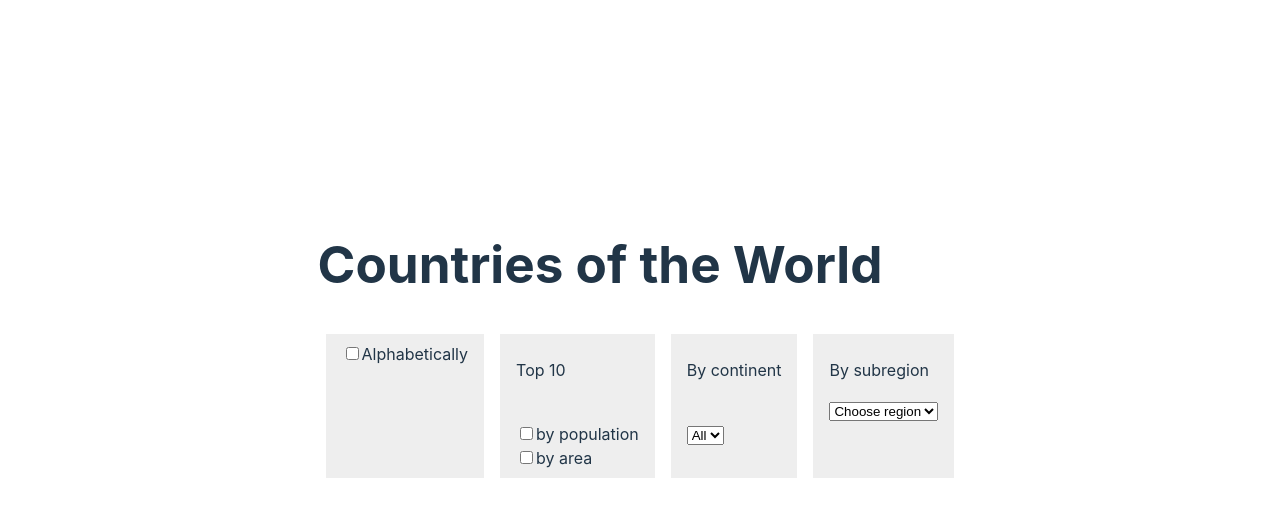
Repository: Vanessahyc/COMP3170_Lab06
Page: /
The author's editor kept a copy of each file at every save. The page is drawn from the files as they stood at one save, then again after the next save.
The browser window is 1280 px wide. The pictures show the whole page.
The page's requests for data from a server got no answer. The project was rebuilt for these pictures with package versions that can differ from the ones it lists, and the page was loaded fresh each time. No one was signed in, and anything a server would have sent is missing. Also part of the build but not shown: vite.config.js, src/components/Country.jsx.

Above is the page before, as saved 2024-11-14 16:36:03.

After the next save:
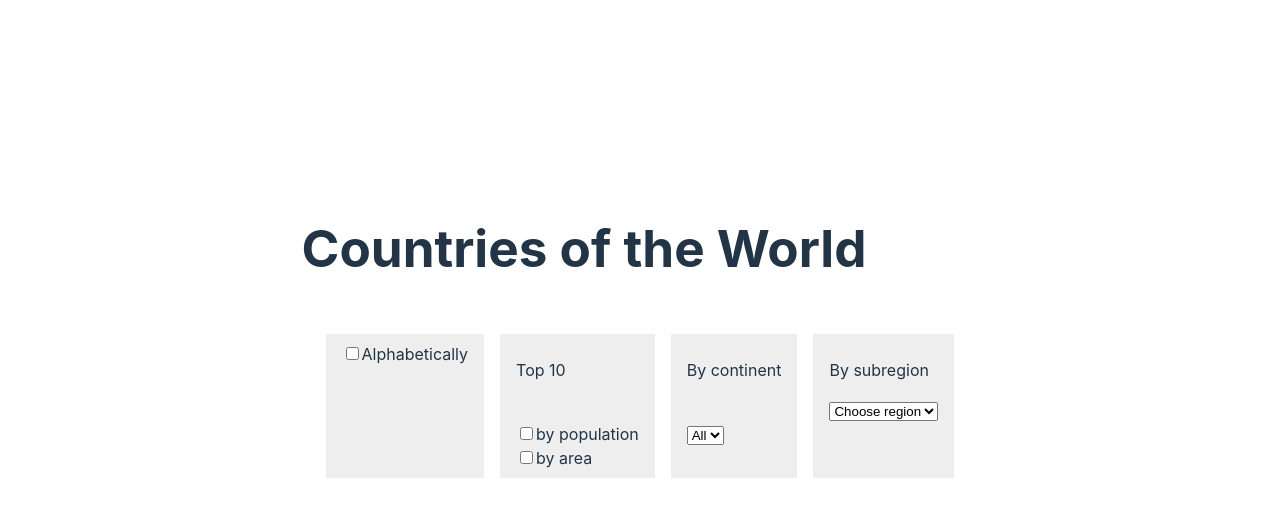
Saved 33 s later.
--- a/src/App.css
+++ b/src/App.css
@@ -83,6 +83,7 @@
 
 .wrap {
   margin-bottom: 2rem;
+  padding: 1em;
 }
 
 .filter_container {
